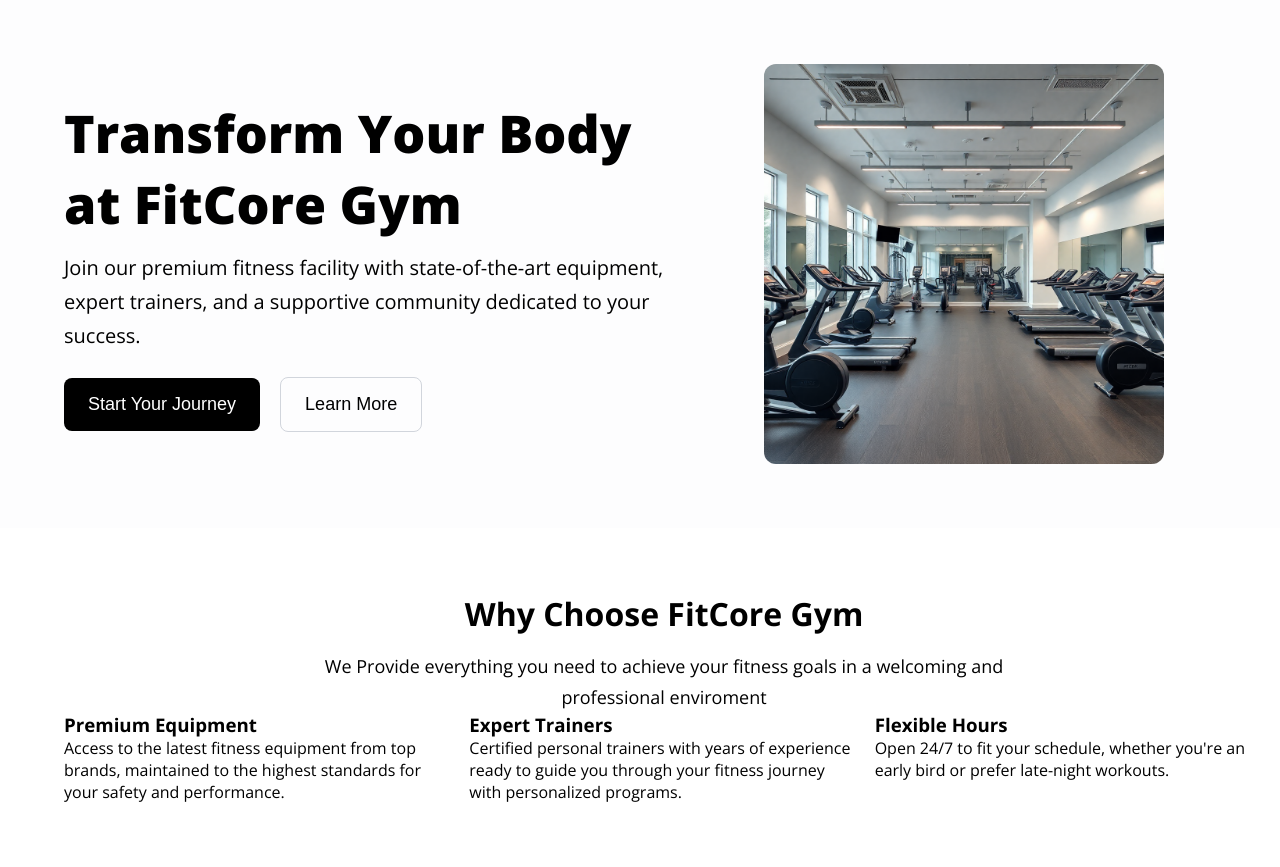
Repository: abdobadawi-ops/Route-Academy-Assignments
Page: Secon Assignment - fit-core-gym/index.html
The author's editor kept a copy of each file at every save. The page is drawn from the files as they stood at one save, then again after a run of saves.
The browser window is 1280 px wide. The pictures show the whole page.

Above is the page before, as saved 2026-04-28 12:47:22.

After the next 2 saves:
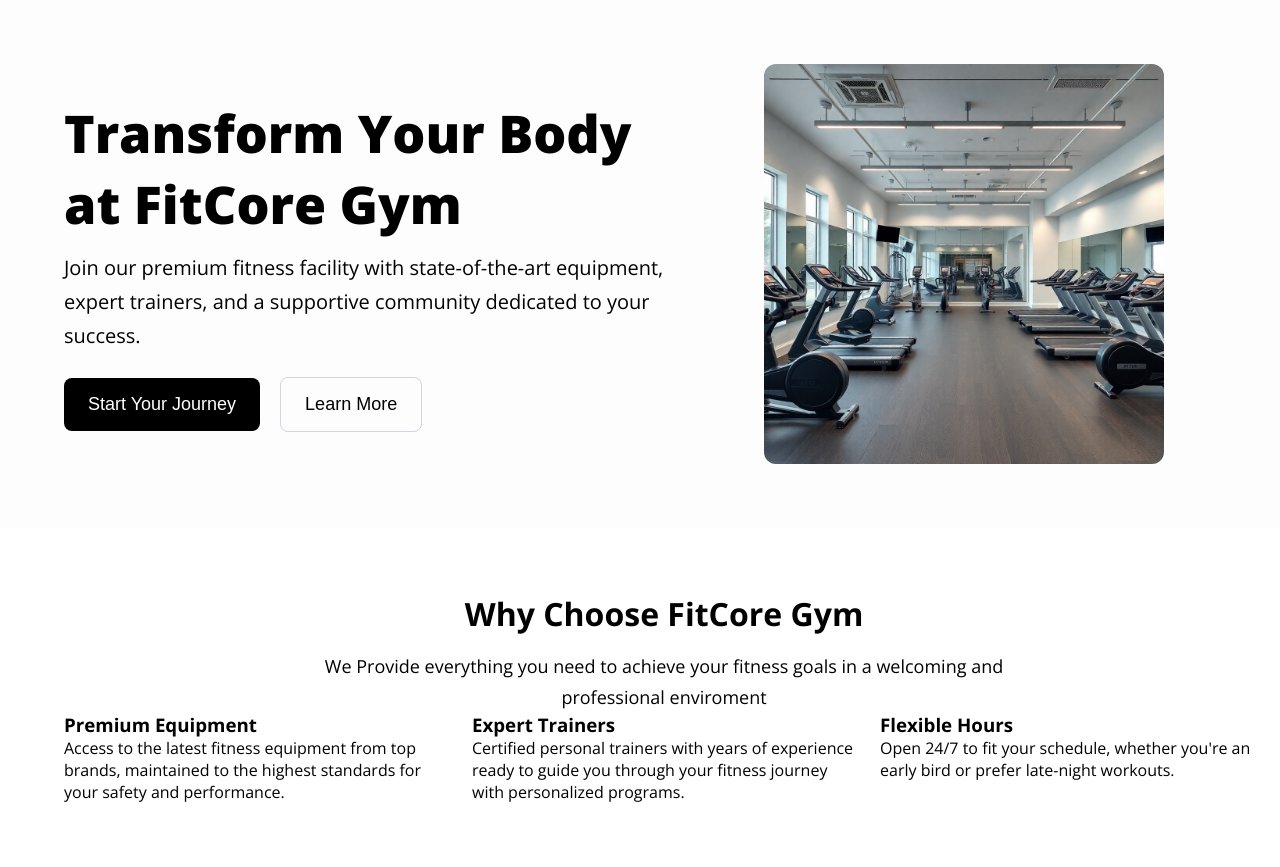
The 2 saves are shown as one change because they came seconds apart.
The last was saved 8 s later.
--- a/Secon Assignment - fit-core-gym/style.css
+++ b/Secon Assignment - fit-core-gym/style.css
@@ -103,5 +103,5 @@ section {
 }
 
 .features {
-  gap: 16px;
+  column-gap: 24px;
 }
